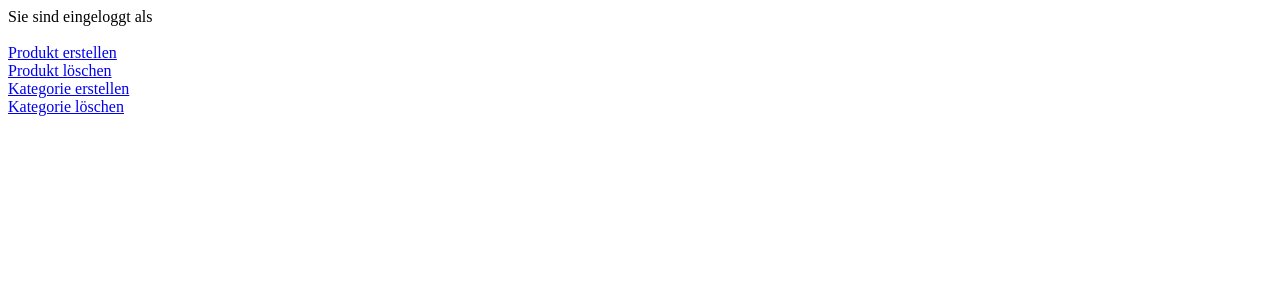
Repository: exic/VIS-Labor
Page: http://localhost/vislabor/pages/Admin.jsp
An editor plug-in stored every save of this project. The page is shown before and after the next save, followed by the edit.
The browser window is 1280 px wide. The pictures show the whole page.
The page is served by Tomcat 9. Other server files are loaded and not shown.

Above is the page before, as saved 2011-05-15 09:05:57.

### workspace/vislabor/WebContent/pages/Admin.jsp
<%@ page language="java" contentType="text/html; charset=ISO-8859-1" pageEncoding="ISO-8859-1"%>
<!DOCTYPE html PUBLIC "-//W3C//DTD HTML 4.01 Transitional//EN" "http://www.w3.org/TR/html4/loose.dtd">
<%@ taglib prefix="s" uri="/struts-tags"  %>

<html >
	<head>
		<title >Willkommen Admin</title>
	</head>

	<body bgcolor="white">

		Sie sind eingeloggt als <s:property value="username"/>

		<br/>
		<br/>
		<a href="<s:url action="forward_to_product_create"/>">Produkt erstellen</a><br/>
		<a href="<s:url action="forward_to_product_delete"/>">Produkt löschen</a><br/>
		<a href="<s:url action="forward_to_category_create"/>">Kategorie erstellen</a><br/>
		<a href="<s:url action="forward_to_category_delete"/>">Kategorie löschen</a>

	</body>
</html>

After the next save:
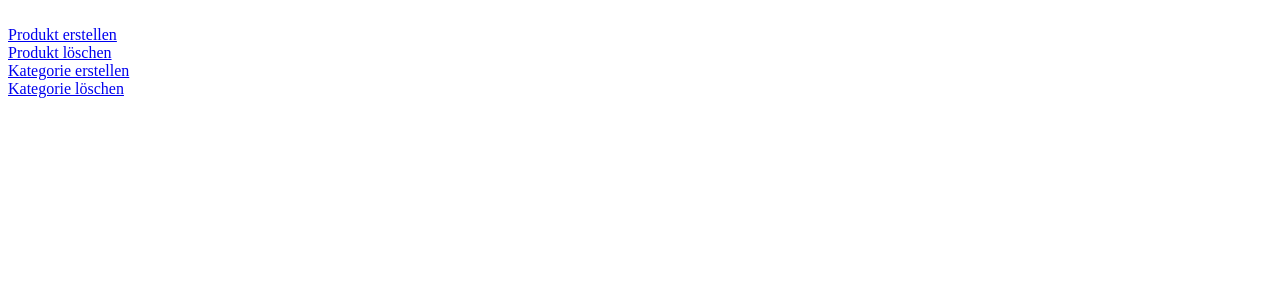
Saved 54 s later.
--- a/workspace/vislabor/WebContent/pages/Admin.jsp
+++ b/workspace/vislabor/WebContent/pages/Admin.jsp
@@ -8,10 +8,6 @@
 	</head>
 
 	<body bgcolor="white">
-
-		Sie sind eingeloggt als <s:property value="username"/>
-
-		<br/>
 		<br/>
 		<a href="<s:url action="forward_to_product_create"/>">Produkt erstellen</a><br/>
 		<a href="<s:url action="forward_to_product_delete"/>">Produkt löschen</a><br/>
